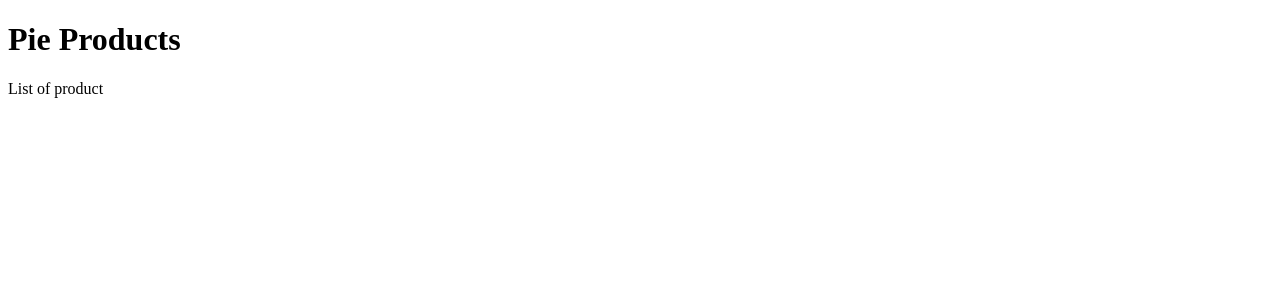
Repository: NagarjunaTubati/com.student.demo
Page: com.pai.demo/WebContent/index.html
These files come from the project's save history. The page is drawn as it stood at one moment and after the next save; the edit follows.
The browser window is 1280 px wide. The pictures show the whole page.

Above is the page before, as saved 2015-02-11 09:42:24.

### com.pai.demo/WebContent/index.html
<!DOCTYPE html PUBLIC "-//W3C//DTD HTML 4.01 Transitional//EN" "http://www.w3.org/TR/html4/loose.dtd">
<html>
<head>
<meta http-equiv="Content-Type" content="text/html; charset=ISO-8859-1">
<title>Insert title here</title>
</head>
<body>
<h1>Pie Products</h1>
<p>List of product</p>
</body>
</html>

After the next save:
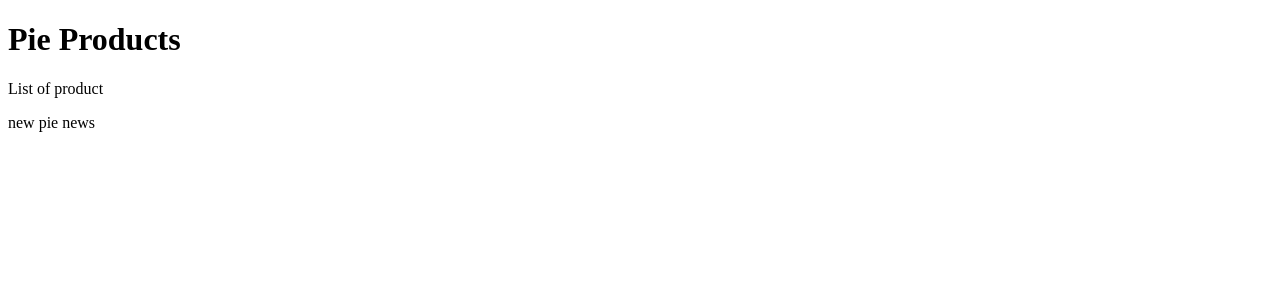
Saved 9 min 31 s later.
--- a/com.pai.demo/WebContent/index.html
+++ b/com.pai.demo/WebContent/index.html
@@ -7,5 +7,6 @@
 <body>
 <h1>Pie Products</h1>
 <p>List of product</p>
+<span>new pie news</span>
 </body>
 </html>
